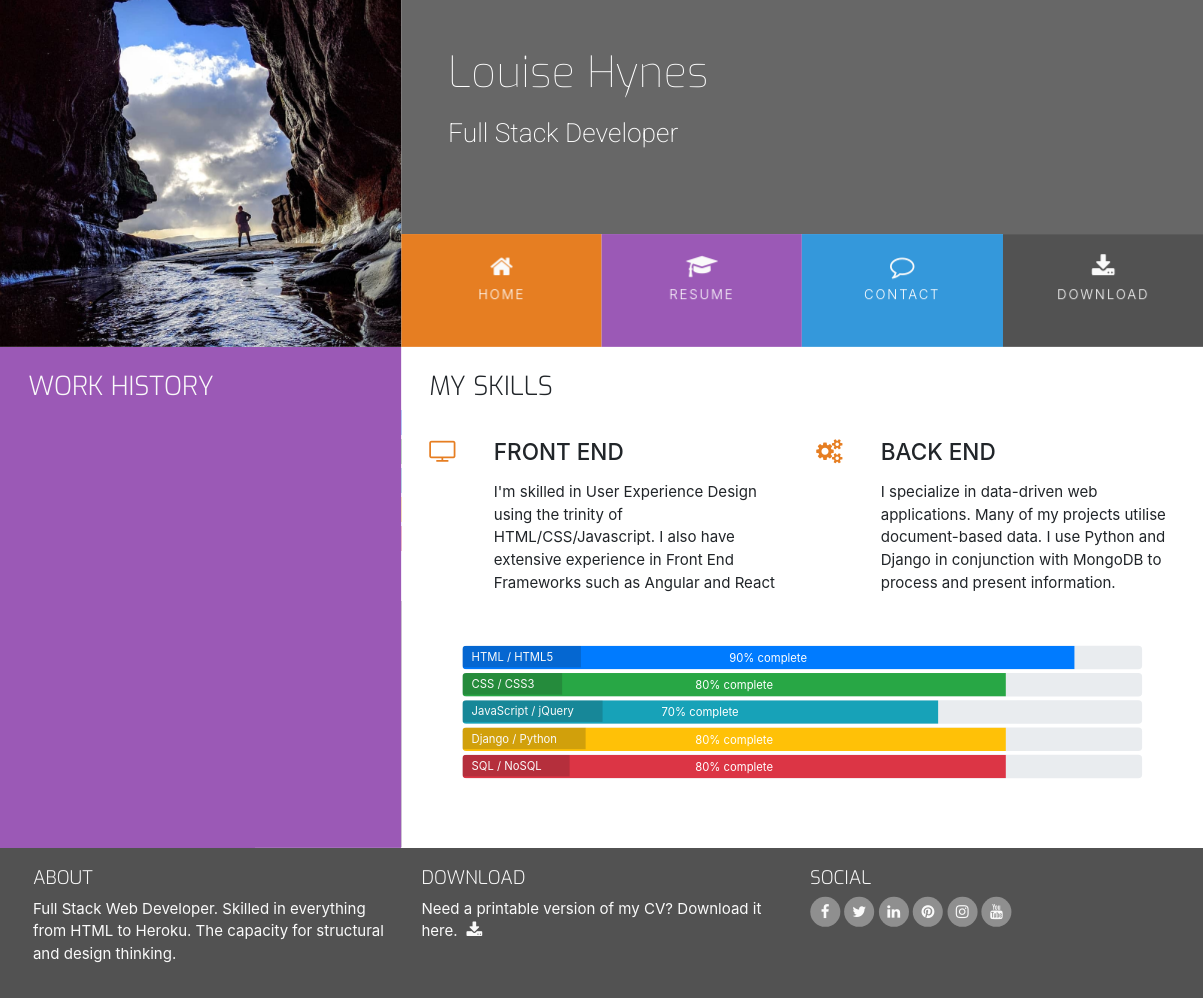
Repository: lhynes/Mini-Project-Resume
Page: resume.html
The author's editor kept a record of every edit. The page is drawn from the files as they stood at one moment, then again after the next edit.
The browser window is 1280 px wide. The pictures show the whole page, at 94% of full size.

Above is the page before.

### resume.html
<!DOCTYPE html>
<html lang="en">

<head>
    <meta charset="UTF-8">
    <meta name="viewport" content="width=device-width, initial-scale=1.0">
    <meta http-equiv="X-UA-Compatible" content="ie=edge">
    <!--access exrtenal links - bootstrap cdn - https://www.bootstrapcdn.com/-->
    <link rel="stylesheet" href="https://stackpath.bootstrapcdn.com/bootstrap/4.3.1/css/bootstrap.min.css" type="text/css" />
    <!--access exrtenal links - fontAwesome cdn - https://www.bootstrapcdn.com/-->
    <link rel="stylesheet" href="https://stackpath.bootstrapcdn.com/font-awesome/4.7.0/css/font-awesome.min.css" type="text/css" />
    <link rel="stylesheet" href="assets/css/style.css" type="text/css" />
    <link rel="stylesheet" href="https://cdnjs.cloudflare.com/ajax/libs/hover.css/2.3.1/css/hover-min.css" type="text/css" />
    <title>Louise</title>
</head>

<body>
    <header>
        <div class="row no-gutters">
            <a class="col-md-4 logo" href="index.html"></a>
            <div class="col-md-8">
                <div class="row no-gutters bg-color-name-title">
                    <div class="col heading">
                        <h1 class="name">Louise Hynes</h1>
                        <h2 class="title">Full Stack Developer</h2>
                    </div>
                </div>
                <div class="row no-gutters">
                    <div class="col">
                        <ul id="nav" class="list-inline menucontainer">
                            <li class="col-6 col-sm-3 ui-menu-color-home list-inline-item menuitem">
                                <a href="#" class="hvr-sweep-to-bottom"><i class="fa fa-home" aria-hidden="true"></i><span>Home</span></a>
                            </li>

                            <li class="col-6 col-sm-3 ui-menu-color-resume list-inline-item menuitem">
                                <a href="#" class="hvr-sweep-to-bottom"><i class="fa fa-graduation-cap" aria-hidden="true"></i><span>Resume</span></a>
                            </li>

                            <li class="col-6 col-sm-3 ui-menu-color-contact list-inline-item menuitem">
                                <a href="#" class="hvr-sweep-to-bottom"><i class="fa fa-comment-o" aria-hidden="true"></i><span>Contact</span></a>
                            </li>
                            <li class="col-6 col-sm-3 ui-menu-color-download list-inline-item menuitem">
                                <a href="#" class="hvr-sweep-to-bottom"><i class="fa fa-download" aria-hidden="true"></i><span>Download</span></a>
                            </li>
                        </ul>
                    </div>
                </div>

            </div>


    </header>
    <section class="container-fluid">
        <div class="row">
            <!--allow us to create a table structure so that our columns will remain the same height, regardless of content-->
            <!--he row-table class specifies the use of a table whereas section-column specifies the use of a table cell, which will give us evenly sized columns in terms of height.-->


            <div class="col-md-4 bg-color-work-history section-column">
                <div class="row">
                    <div class="col-12">
                        <h3 class="history-heading uppercase ">
                            Work History
                        </h3>
                    </div>
                </div>
            </div>
            <div class="col-md-8 bg-color-three-reasons section-column">
                <div class="row">
                    <div class="col">
                        <!-- will take up the space available-->
                        <h3 class="section-heading uppercase">My Skills</h3>
                    </div>
                </div>
                <div class="row">
                    <div class="col-10 offset-1 offset-sm-0 col-sm-4 col-md-6">
                        <!-- mobile view first 10 cols wide offset 1-->
                        <div class="row">
                            <div class="col-2">
                                <i class="three-reasons-icon fa fa-tv" aria-hidden="true"></i>
                            </div>
                            <div class="col-10">
                                <h4 class="three-reasons-heading uppercase">Front End</h4>
                                <p>
                                    I'm skilled in User Experience Design using the trinity of HTML/CSS/Javascript. I also have extensive experience in Front End Frameworks such as Angular and React
                                </p>
                            </div>
                        </div>
                    </div>
                    <div class="col-10 offset-1 offset-sm-0 col-sm-4 col-md-6">
                        <div class="row">
                            <div class="col-2">
                                <i class="three-reasons-icon fa fa-gears" aria-hidden="true"></i>
                            </div>
                            <div class="col-10">
                                <h4 class="three-reasons-heading uppercase">Back End</h4>
                                <p>
                                    I specialize in data-driven web applications. Many of my projects utilise document-based data. I use Python and Django in conjunction with MongoDB to process and present information. </p>
                            </div>
                        </div>
                    </div>
                </div>
                <div class="row progress-section">
                    <div class="col">
                        <div class="progress">
                            <!-- wrapper for progress bar-->
                            <div class="progress-bar" role="progressbar" aria-valuenow="90" aria-valuemin="0" aria-valuemax="100" style="width:90%;">
                                <span class="re-only">90% complete</span>
                            </div>
                            <span class="progress-type">HTML / HTML5</span>

                        </div>
                        <div class="progress">
                            <!-- wrapper for progress bar-->
                            <div class="progress-bar bg-success" role="progressbar" aria-valuenow="80" aria-valuemin="0" aria-valuemax="100" style="width:80%;">
                                <span class="re-only">80% complete</span>
                            </div>
                            <span class="progress-type">CSS / CSS3</span>

                        </div>
                        <div class="progress">
                            <!-- wrapper for progress bar-->
                            <div class="progress-bar bg-info" role="progressbar" aria-valuenow="70" aria-valuemin="0" aria-valuemax="100" style="width:70%;">
                                <span class="re-only">70% complete</span>
                            </div>
                            <span class="progress-type">JavaScript / jQuery</span>
                        </div>
                        <div class="progress">
                            <!-- wrapper for progress bar-->
                            <div class="progress-bar bg-warning" role="progressbar" aria-valuenow="80" aria-valuemin="0" aria-valuemax="100" style="width:80%;">
                                <span class="re-only">80% complete</span>
                            </div>
                            <span class="progress-type">Django / Python</span>
                        </div>
                        <div class="progress">
                            <!-- wrapper for progress bar-->
                            <div class="progress-bar bg-danger" role="progressbar" aria-valuenow="80" aria-valuemin="0" aria-valuemax="100" style="width:80%;">
                                <span class="re-only">80% complete</span>
                            </div>
                            <span class="progress-type">SQL / NoSQL</span>

                        </div>
                    </div>
                </div>
            </div>
        </div>

    </section>
    <footer class="container-fluid">
        <!--full width flexible container-->
        <div id="footer-details" class="row">
            <div class="col-sm-4">
                <h5 class="uppercase general-sub">About</h5>
                <p class="inline-block">
                    Full Stack Web Developer. Skilled in everything from HTML to Heroku. The capacity for structural and design thinking.


                </p>
            </div>
            <div class="col-sm-4">
                <h5 class="uppercase general-sub">Download</h5>
                <p class="inline-block">
                    Need a printable version of my CV? Download it here.
                    <a href="#" target="_blank" class="cv-pdf">
                        <!-- _blank used to open in a new tab-->
                        <i class="fa fa-download" aria-hidden="true"></i>
                        <span class="sr-only">Download link.</span>
                    </a>
                </p>
            </div>
            <div class="col-sm-4">
                <h5 class="uppercase general-sub">Social</h5>
                <ul class="list-inline social-links">
                    <li class="list-inline-item">
                        <!-- every list-inline in boostrap needs a list-inline item-->
                        <a target="_blank" href="#">
                            <i class="fa fa-facebook" aria-hidden="true"></i>
                            <span class="sr-only">Facebook</span>
                        </a>
                    </li>
                    <li class="list-inline-item">
                        <a target="_blank" href="#">
                            <i class="fa fa-twitter" aria-hidden="true"></i>
                            <span class="sr-only">Twitter</span>
                        </a>
                    </li>
                    <li class="list-inline-item">
                        <a target="_blank" href="#">
                            <i class="fa fa-linkedin" aria-hidden="true"></i>
                            <span class="sr-only">LinkedIn</span>
                        </a>
                    </li>
                    <li class="list-inline-item">
                        <a target="_blank" href="#">
                            <i class="fa fa-pinterest" aria-hidden="true"></i>
                            <span class="sr-only">Pinterest</span>
                        </a>
                    </li>
                    <li class="list-inline-item">
                        <a target="_blank" href="#">
                            <i class="fa fa-instagram" aria-hidden="true"></i>
                            <span class="sr-only">Instagram</span>
                        </a>
                    </li>
                    <li class="list-inline-item">
                        <a target="_blank" href="#">
                            <i class="fa fa-youtube" aria-hidden="true"></i>
                            <span class="sr-only">YouTube</span>
                        </a>
                    </li>
                </ul>
            </div>

        </div>

    </footer>
</body>

</html>

### assets/css/style.css
@import url('https://fonts.googleapis.com/css?family=Roboto:100,200,300,400,500,600,700|Exo:100,200,300,400,500,600,700');

/*-----------------------------------Colours */

.bg-color-name-title {
    background-color: #676767;
    color: #ffffff;
}

.bg-color-three-reasons {
    background-color: #fff;

}

.bg-color-personal-info {
    background-color: #f4f4f4;
}

.bg-color-work-history {
    background-color: #9b59b6
}

.ui-menu-color-home {
    background-color: #e67e22
}

.ui-menu-color-resume {
    background-color: #9b59b6
}

.ui-menu-color-contact {
    background-color: #3498db
}

.ui-menu-color-download {
    background-color: #525252
}



/*-----------------------------------Special paddings/margins/text - General CSS area used more than once through out the site */

.uppercase {
    text-transform: uppercase;
}

.general-sub {
    font-family: "Exo", sans-serif;
    font-weight: 300;
    color: #fafafa;

}

h1,
h2,
h3,
h4 {
    margin: 0;
}

.inline-block {
    display: inline-block;

}

.row-table {
    display: table;

}

.section-column {
    display: table-cell;
    padding: 0 30px 30px;
    float: none;
}

.history-heading,
.section-heading {
    font-family: "Exo", sans-serif;
    font-weight: 300;
    margin-top: 25px;
    margin-bottom: 40px;
}


/*-----------------------------------Heading */

header {
    margin: 0;
}

.heading {
    margin-left: 50px;
}

.logo {
    background: url("../images/louise.jpg");
    background-position: center;
    background-repeat: no-repeat;
    background-size: cover;
    min-height: 360px;
    transition: all .5s ease-in-out;
    -moz-transition: all .5s ease-in-out;
    -webkit-transition: all .5s ease-in-out;
}

.name {
    font-family: "Exo", sans-seriif;
    font-weight: 100;
    font-size: 46px;
    margin-top: 50px;
    color: #ffffff;
}

.title {
    font-family: "Roboto", sans-seriif;
    font-weight: 200;
    font-size: 28px;
    margin-top: 20px;
    margin-bottom: 90px;
    color: #ffffff;
}

.list-inline-item:not(:last-child) {
    margin: 0;
}

.menucontainer {
    font-size: 0;
}


#nav {
    margin: 0;
}

#nav li {
    font-size: 14px;
    padding: 0;
}

.menuitem {
    height: 120px;
    /*profile image is 360 in total*/
    text-align: center;
    padding: 0;
}

.menuitem a {
    width: 100%;
    color: #ffffff;
    text-decoration: none;
    height: 120px;
}

.menuitem a i {
    padding-top: 22px;
    display: block;
    color: #fafafa;
    font-size: 26px;
}

.menuitem span {
    display: block;
    width: 100%;
    padding-top: 5px;
    text-align: center;
    text-transform: uppercase;
    font-size: 14px;
    font-weight: 300;
    letter-spacing: 2px;
}




/*-----------------------------------Hover.css */

/*background color is set in the before*/

.hvr-sweep-to-bottom:before {
    background: rgba(0, 0, 0, 0.2) !important;
    height: 120px;
}


/*-----------------------------------Footer styles */

footer {
    background-color: #525252;
    color: #fafafa;
    min-height: 120px;
    margin: 0;
}


.cv-pdf i {
    font-size: 18px;
    color: #fafafa;
    text-align: center;
    padding-left: 5px;
    transition: all 0.35s ease-in-out;
    /* put in parent element*/
    -moz-transition: all 0.35s ease-in-out;
    -webkit-transition: all 0.35s ease-in-out;
    -o-transition: all 0.35s ease-in-out;
}

.cv-pdf i:hover {
    color: #e84610;
}


.social-links {
    padding-bottom: 15px;
}

.social-links li a i {
    width: 32px;
    height: 32px;
    padding: 12px 0;
    border-radius: 50%;
    line-height: 7px;
    text-align: center;
    color: #fafafa;
    background: #8f8f8f;
    -moz-transition: all 0.35s ease-in-out;
    -webkit-transition: all 0.35s ease-in-out;
    -o-transition: all 0.35s ease-in-out;
}

.social-links li a i:hover {
    background-color: #e84610;
}

#footer-details {
    padding: 20px;
}


/*-----------------------------------Three Resons Css */

.three-reasons-icon {
    font-size: 26px;
    color: #e67e22;
}

.three-reasons-heading {
    margin-bottom: 15px;
}


/*-----------------------------------Presonal Info*/

.personal-info-item {
    margin-bottom: 20px;
    display: block;
    clear: both;
}

/*style keys, values, paragraphs*/

.personal-info-item .key,
.personal-info-item .value {
    padding-right: 8px;
    display: inline-block;

}

.personal-info-item .key p,
.personal-info-item .value p {
    margin: 0;
}

.personal-info-item .key {
    width: 30%;
    margin-right: 21px;
    padding-top: 2px;
    vertical-align: top;
}


.personal-info-item .key p {
    font-weight: 700;
}

.personal-info-item .value {
    position: relative;
    /*relative to predacessor*/
    width: 60%;
}

/*-----------------------------------Skills*/

.progress {
    position: relative;
    height: 25px;
    margin-bottom: 4px;
}

.progress-type {
    /* represents the the texrt label on the bar */
    position: absolute;
    left: 0px;
    font-weight: 400;
    padding: 3px 30px 2px 10px;
    color: #fafafa;
    background-color: rgba(25, 25, 25, 0.2)
}

.progress-section {
    margin: 40px 20px;

}


/*-----------------------------------Work History*/

.history-heading {
    color: #fafafa;
    margin-bottom: 50px;
}

.timeline-item {
    padding: 4em 2em 0em 2em;
    position: relative;
    color: #fafafa;
    border-left: 1px solid;
}

.timeline-item p {
    margin: 0;
    padding: 0;
}

.timeline-item:before {
    content: attr(data-dates);
    /*can only use contene tieh the beforer or after pseudo elements*/
    position: absolute;
    left: 2.5em;
    top: 3em;
    display: block;
    font-family: "Exo", sans-seriif;
    font-weight: 500;
    font-size: 0.8em;
    padding: 0;
    margin: 0;

}

.timeline-item:after {
    width: 12px;
    height:12px;
    display:block;
    top: 2.4em;
    border-radius: 12px;

    position:absolute;
}

After the next edit:
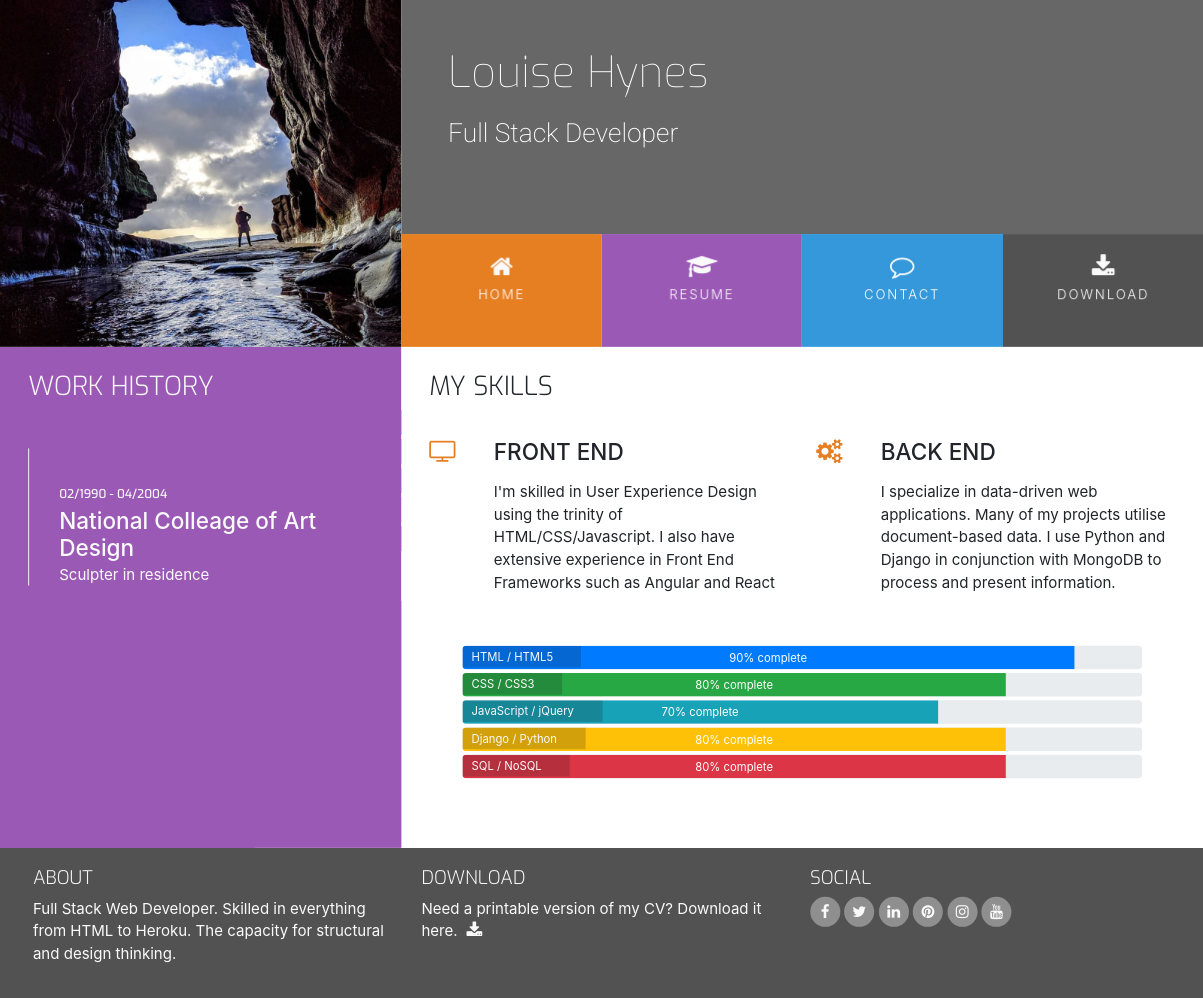
The edit:
--- a/resume.html
+++ b/resume.html
@@ -64,6 +64,11 @@
                         </h3>
                     </div>
                 </div>
+                <div class="timeline-item" data-dates="02/1990 - 04/2004">
+                    <h4>National Colleage of Art Design</h4>
+                    <p>Sculpter in residence</p>
+
+                </div>
             </div>
             <div class="col-md-8 bg-color-three-reasons section-column">
                 <div class="row">
